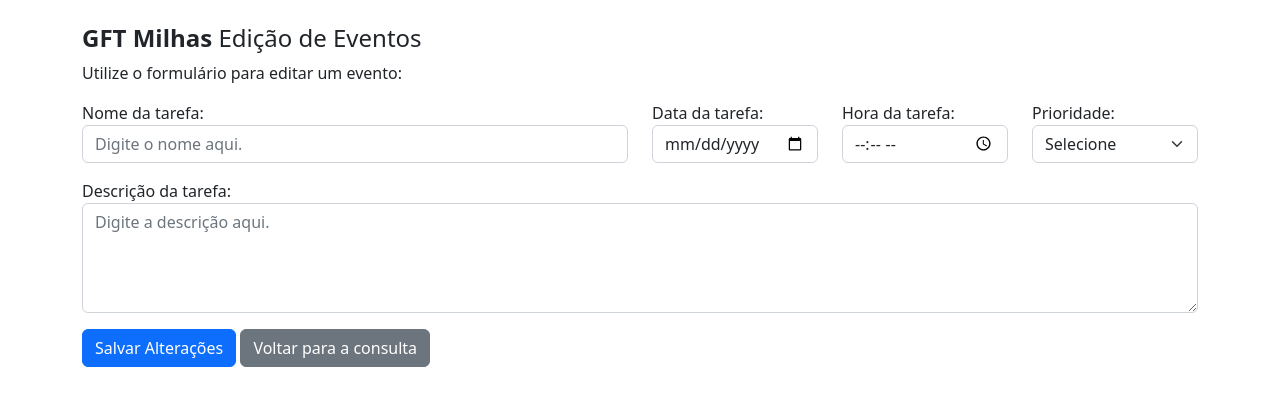
Repository: thamaraamaral/desafio_mvc1
Page: http://localhost/gft-milhas/WEB-INF/views/eventos-edicao.jsp
An editor plug-in stored every save of this project. The page is shown before and after the next save, followed by the edit.
The browser window is 1280 px wide. The pictures show the whole page.
The page is served by Tomcat 9. Nobody is signed in. The template is opened directly, without the code that normally fills it, so the values that code supplies are empty.

Above is the page before, as saved 2022-10-28 18:17:29.

After the next save:
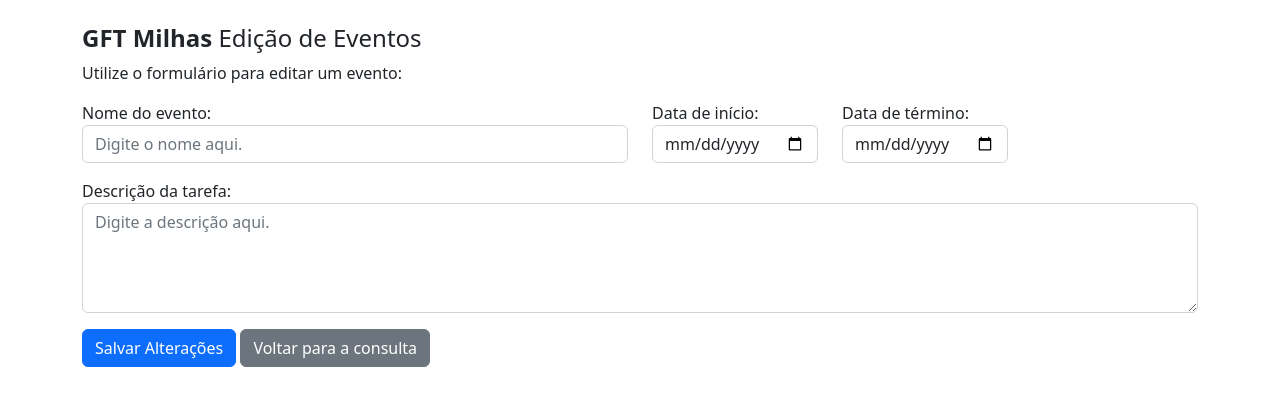
Saved 49 s later.
--- a/gft-milhas/src/main/webapp/WEB-INF/views/eventos-edicao.jsp
+++ b/gft-milhas/src/main/webapp/WEB-INF/views/eventos-edicao.jsp
@@ -29,23 +29,18 @@
 
 			<div class="row mb-3">
 				<div class="col-md-6">
-					<label>Nome da tarefa:</label>
+					<label>Nome do evento:</label>
 					<input type="text" class="form-control" placeholder="Digite o nome aqui."/>
 				</div>
 				<div class="col-md-2">
-					<label>Data da tarefa:</label>
+					<label>Data de início:</label>
 					<input type="date" class="form-control"/>
 				</div>
 				<div class="col-md-2">
-					<label>Hora da tarefa:</label>
-					<input type="time" class="form-control"/>
+					<label>Data de término:</label>
+					<input type="date" class="form-control"/>
 				</div>
-				<div class="col-md-2">
-					<label>Prioridade:</label>
-					<select class="form-select">
-						<option>Selecione</option>
-					</select>
-				</div>
+
 			</div>
 
 			<div class="mb-3">
